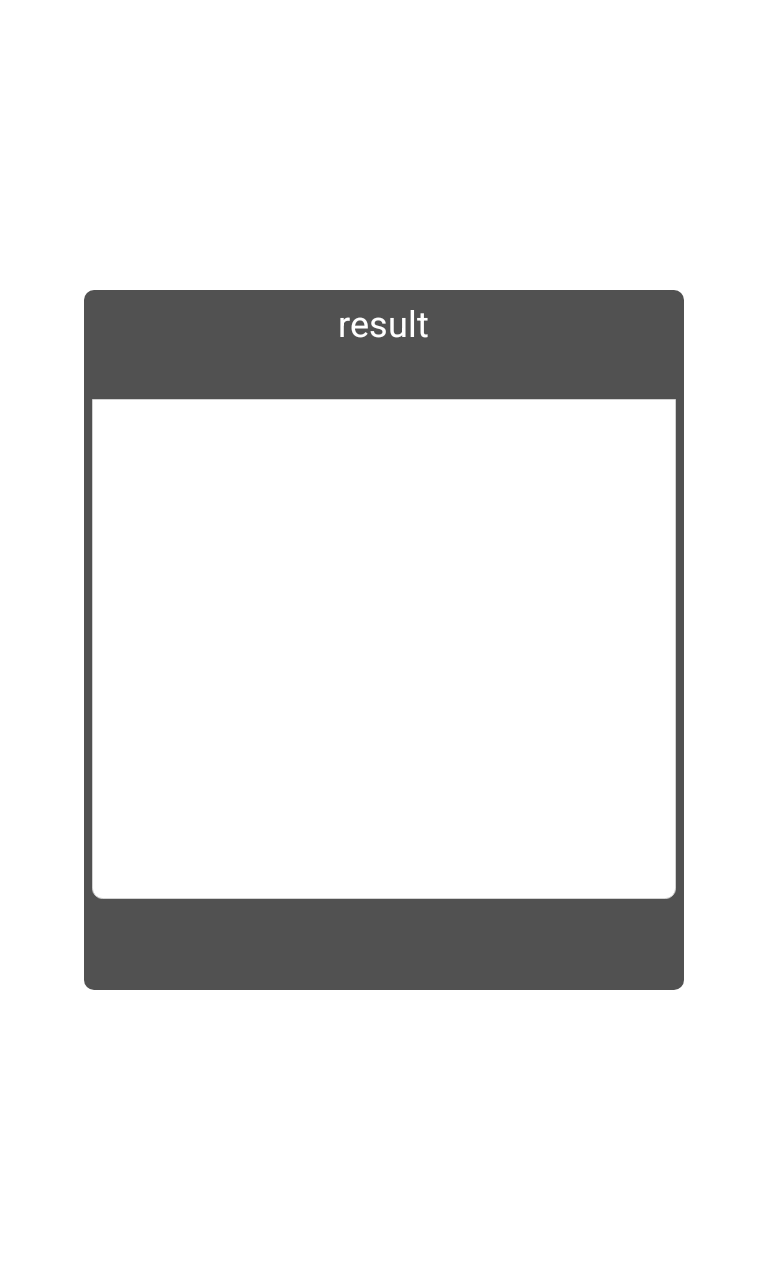
Repository: Kitsopappas/QBIReader
Layout: QBIReader/res/layout/activity_res.xml
An editor plug-in stored every save of this project. The layout is shown before and after the next save, followed by the edit.
It is drawn on a 768 x 1280 px phone screen (xhdpi) without system bars, with theme android:Theme.Translucent.NoTitleBar; the app's code is not run.

Above is the layout before, as saved 2015-03-19 15:20:13.

### QBIReader/res/layout/activity_res.xml
<RelativeLayout xmlns:android="http://schemas.android.com/apk/res/android"
    xmlns:tools="http://schemas.android.com/tools"
    android:layout_width="match_parent"
    android:layout_height="match_parent"
    android:background="#00000000"
    android:paddingBottom="@dimen/activity_vertical_margin"
    android:paddingLeft="@dimen/activity_horizontal_margin"
    android:paddingRight="@dimen/activity_horizontal_margin"
    android:paddingTop="@dimen/activity_vertical_margin"
    tools:context="com.qbireader.MainActivity" >

    <RelativeLayout
        android:id="@+id/relativeLayout1"
        android:layout_width="300dp"
        android:layout_height="350dp"
        android:layout_centerHorizontal="true"
        android:layout_centerVertical="true"
        android:background="@drawable/rounded_panel" >

        <TextView
            android:id="@+id/textView1"
            android:layout_width="wrap_content"
            android:layout_height="wrap_content"
            android:layout_alignParentTop="true"
            android:layout_centerHorizontal="true"
            android:text="result"
            android:textAppearance="?android:attr/textAppearanceMedium" />

        <EditText
            android:id="@+id/text"
            android:layout_width="match_parent"
            android:layout_height="250dp"
            android:layout_below="@+id/textView1"
            android:layout_centerHorizontal="true"
            android:layout_marginTop="26dp"
            android:background="@drawable/text_field_custom"
            android:ems="10"
            android:gravity="top"
            android:inputType="textMultiLine"
            android:textCursorDrawable="@drawable/cursor_color" />
    </RelativeLayout>

</RelativeLayout>

### QBIReader/res/drawable/rounded_panel.xml
<?xml version="1.0" encoding="utf-8"?>
<shape xmlns:android="http://schemas.android.com/apk/res/android"
    android:shape="rectangle" >
  <item>
        <shape android:shape="rectangle">
            <solid android:color="#4f5d73"/>
            <corners android:radius="2dp" />
        </shape>
    </item>
    <!-- view background color -->
    <solid android:color="#D9333333" >
    </solid>


    <!-- If you want to add some padding -->
    <padding
        android:bottom="4dp"
        android:left="4dp"
        android:right="4dp"
        android:top="4dp" >
    </padding>

    <!-- Here is the corner radius -->
    <corners android:radius="5dp" >
    </corners>

</shape>

### QBIReader/res/drawable/text_field_custom.xml
<?xml version="1.0" encoding="utf-8"?>
<shape xmlns:android="http://schemas.android.com/apk/res/android"
    android:padding="10dp"
    android:shape="rectangle" >

    <solid android:color="#FFFFFF" />

    <stroke
        android:width="0.5dp"
        android:color="#d2d2d2" />

    <corners
        android:bottomLeftRadius="5dp"
        android:bottomRightRadius="5dp" />

</shape>

### QBIReader/res/drawable/cursor_color.xml
<?xml version="1.0" encoding="utf-8"?>
<shape xmlns:android="http://schemas.android.com/apk/res/android" >
    <size android:width="2dp" />
    <corners android:radius="3dp" />
    <solid android:color="#bc4b4b"  />
</shape>

Loaded but not shown: QBIReader/res/values/dimens.xml (common file); QBIReader/res/values-w820dp/dimens.xml (common file)

After the next save:
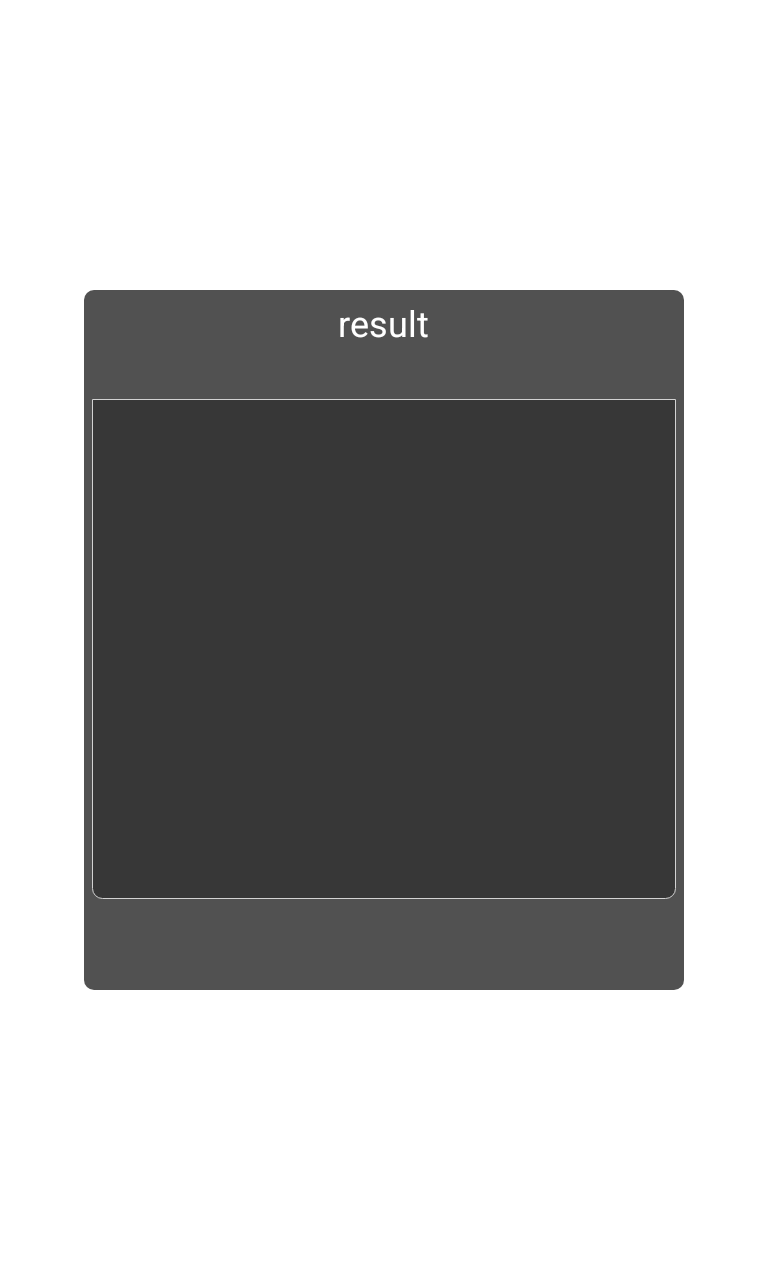
Saved 45 s later.
--- a/QBIReader/res/drawable/text_field_custom.xml
+++ b/QBIReader/res/drawable/text_field_custom.xml
@@ -3,7 +3,7 @@
     android:padding="10dp"
     android:shape="rectangle" >
 
-    <solid android:color="#FFFFFF" />
+    <solid android:color="#D9333333" />
 
     <stroke
         android:width="0.5dp"
